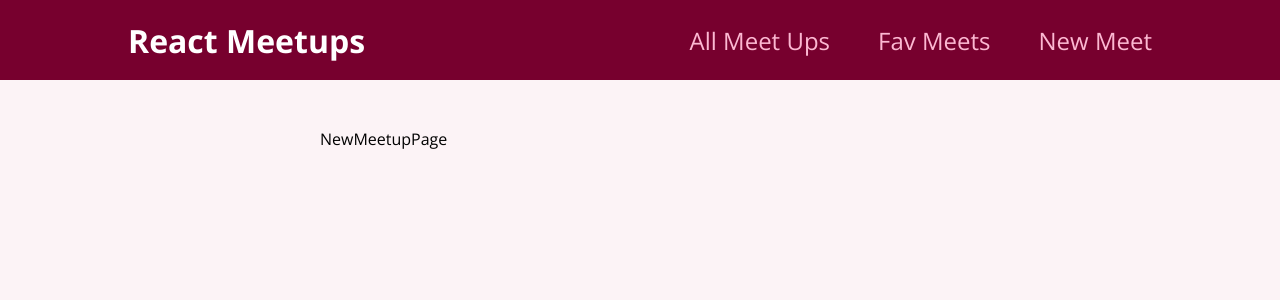
Repository: portretrieve/react-meetup-app
Page: /meet
The author's editor kept a copy of each file at every save. The page is drawn from the files as they stood at one save, then again after the next save.
The browser window is 1280 px wide. The pictures show the whole page.
The project was rebuilt for these pictures with package versions that can differ from the ones it lists, and the page was loaded fresh each time. A package was used in the major version that the imports need, not the one package.json lists. Also part of the build but not shown: src/components/meetups/MeetupList.module.css, src/components/meetups/Meetupitem.module.css, src/components/userInterface/Card.module.css, src/components/userInterface/Card.js, src/components/meetups/MeetupItem.js, src/components/meetups/MeetupList.js, src/pages/AllMeetups.js, src/pages/Favourites.js.

Above is the page before, as saved 2021-08-19 00:55:26.

After the next save:
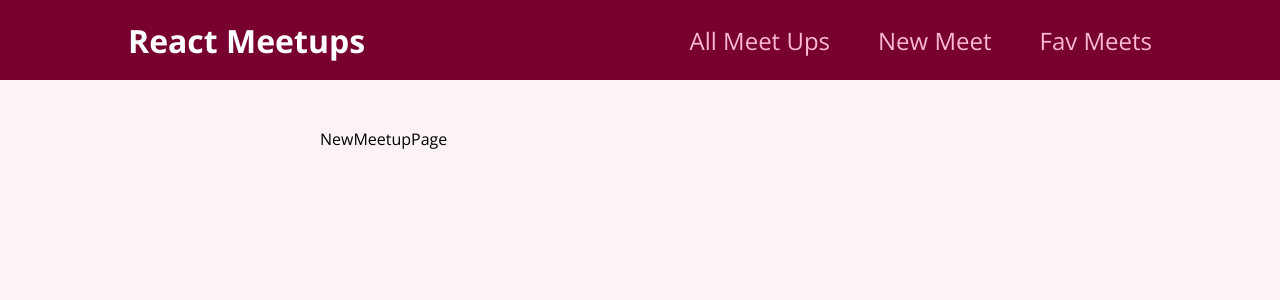
Saved 66 s later.
--- a/src/components/layout/MainNavigation.js
+++ b/src/components/layout/MainNavigation.js
@@ -11,10 +11,10 @@ function MainNavigation() {
             <Link to="/">All Meet Ups</Link>
           </li>
           <li>
-            <Link to="/fav">Fav Meets</Link>
+            <Link to="/meet">New Meet</Link>
           </li>
           <li>
-            <Link to="/meet">New Meet</Link>
+            <Link to="/fav">Fav Meets</Link>
           </li>
         </ul>
       </nav>
